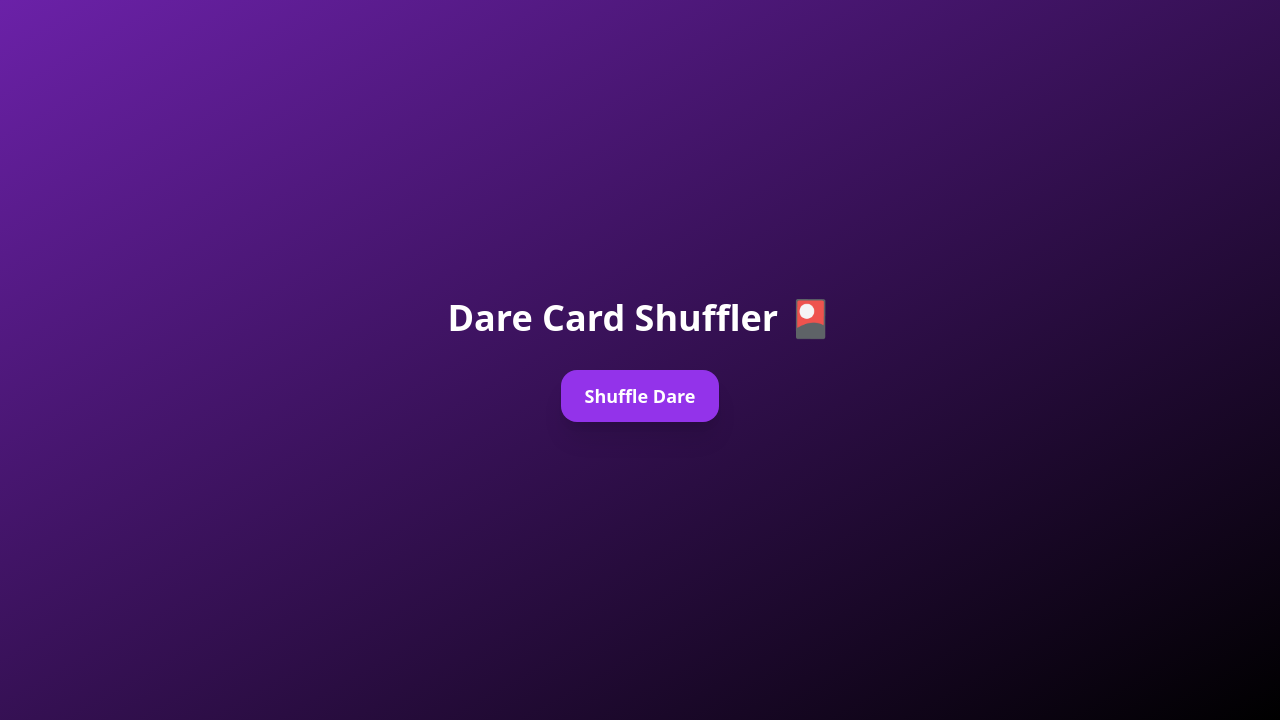
Repository: Thebilliontech/wheel-game
Page: /
These files come from the project's save history. The page is drawn as it stood at one moment and after the next save; the edit follows.
The browser window is 1280 px wide. The pictures show the whole page.
The project was rebuilt for these pictures with package versions that can differ from the ones it lists, and the page was loaded fresh each time. Also part of the build but not shown: vite.config.js.

Above is the page before, as saved 2025-11-27 02:06:01.

After the next save:
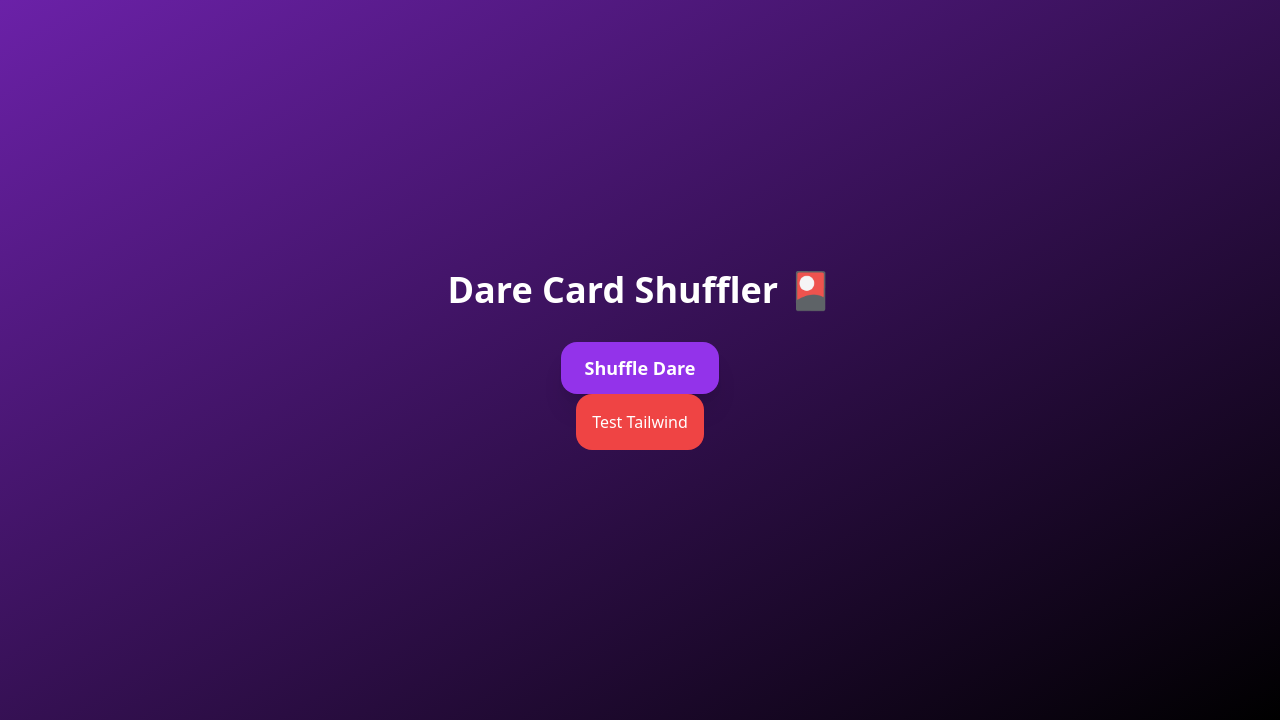
Saved 110 s later.
--- a/src/App.jsx
+++ b/src/App.jsx
@@ -100,6 +100,10 @@
           </motion.div>
         )}
       </AnimatePresence>
+      <div className="bg-red-500 text-white p-4 rounded-2xl">
+  Test Tailwind
+</div>
+
 
       {/* RESULT CARD */}
       <AnimatePresence>

After the save that followed:
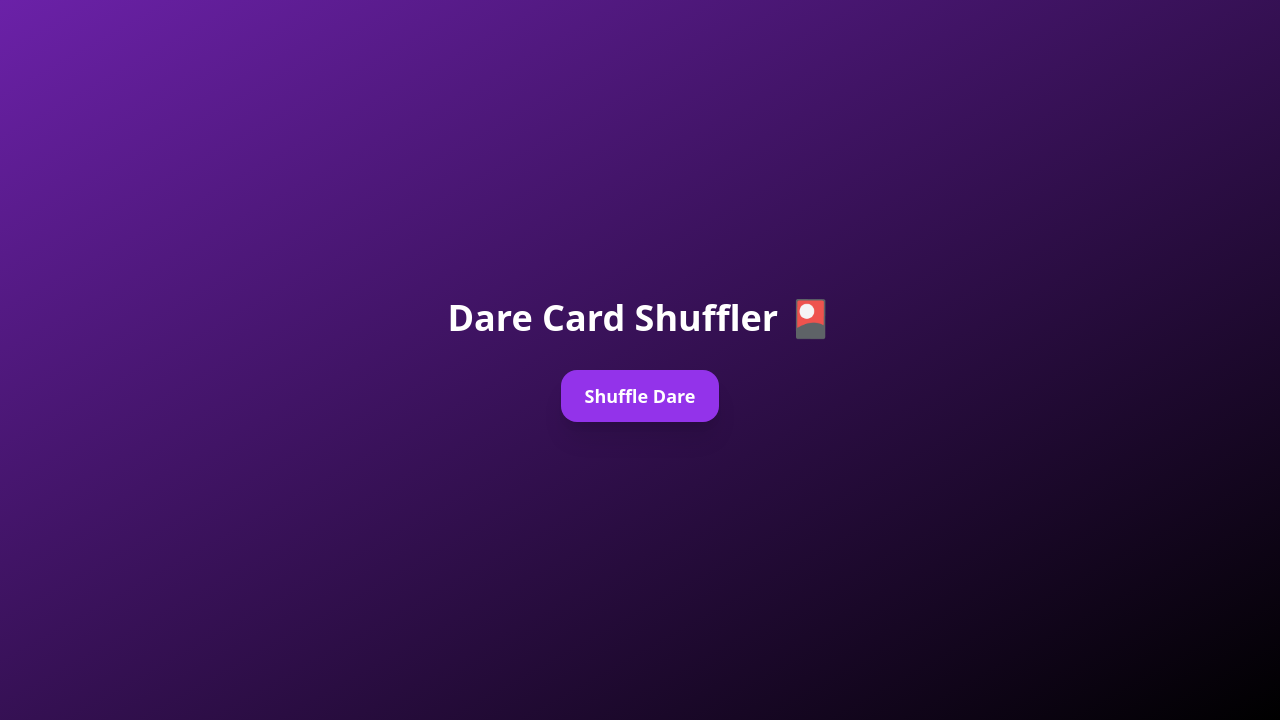
Saved 3 min 57 s later.
--- a/src/App.jsx
+++ b/src/App.jsx
@@ -100,9 +100,6 @@
           </motion.div>
         )}
       </AnimatePresence>
-      <div className="bg-red-500 text-white p-4 rounded-2xl">
-  Test Tailwind
-</div>
 
 
       {/* RESULT CARD */}
